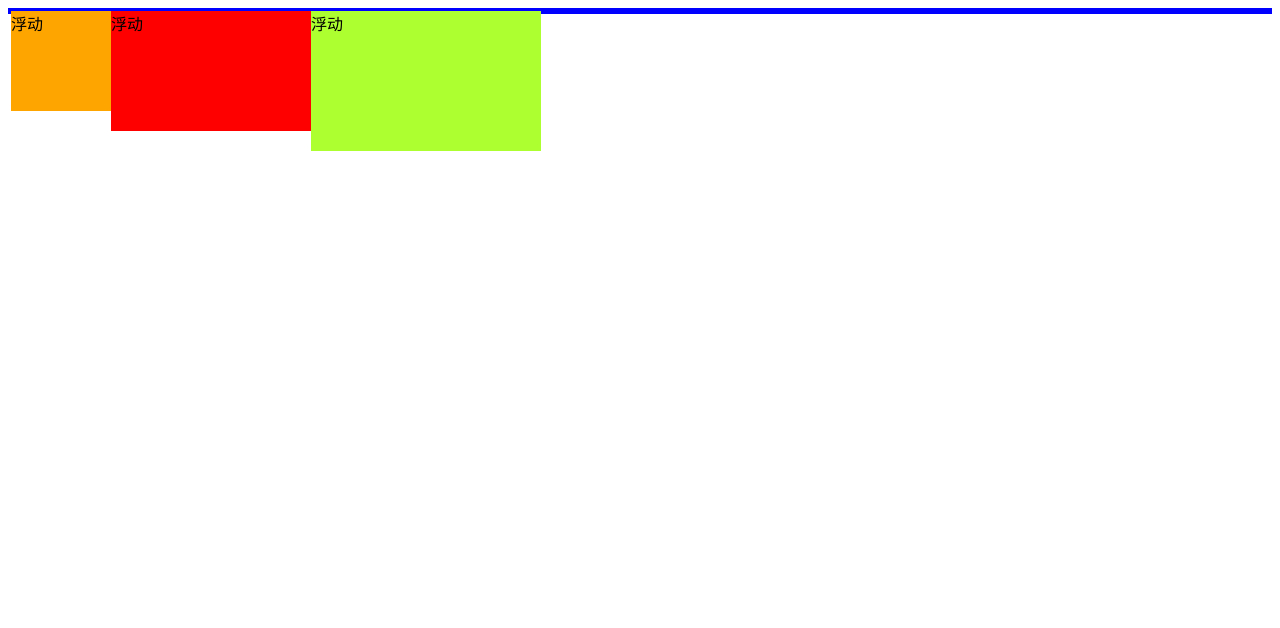
Repository: zhengdeya/web-based
Page: 37-清除浮动/03-清除浮动.html
An editor plug-in stored every save of this project. The page is shown before and after the next save, followed by the edit.
The browser window is 1280 px wide. The pictures show the whole page.

Above is the page before, as saved 2021-04-13 10:50:27.

### 37-清除浮动/03-清除浮动.html
<!DOCTYPE html>
<html lang="en">

<head>
    <meta charset="UTF-8">
    <meta http-equiv="X-UA-Compatible" content="IE=edge">
    <meta name="viewport" content="width=device-width, initial-scale=1.0">
    <title>清除浮动</title>
    <style>
        .fatherbox {
            border: 3px solid blue;
            margin: 0 auto;
        }

        .box1 {
            width: 100px;
            height: 100px;
            background-color: orange;
        }

        .box2 {
            width: 200px;
            height: 120px;
            background-color: red;
        }

        .box3 {
            width: 230px;
            height: 140px;
            background-color: greenyellow;
        }

        .fudong {
            float: left;
        }
    </style>
</head>

<body>
    <div class="fatherbox">
        <div class="box1 fudong">浮动</div>
        <div class="box2 fudong">浮动</div>
        <div class="box3 fudong">浮动</div>
    </div>
</body>

</html>

After the next save:
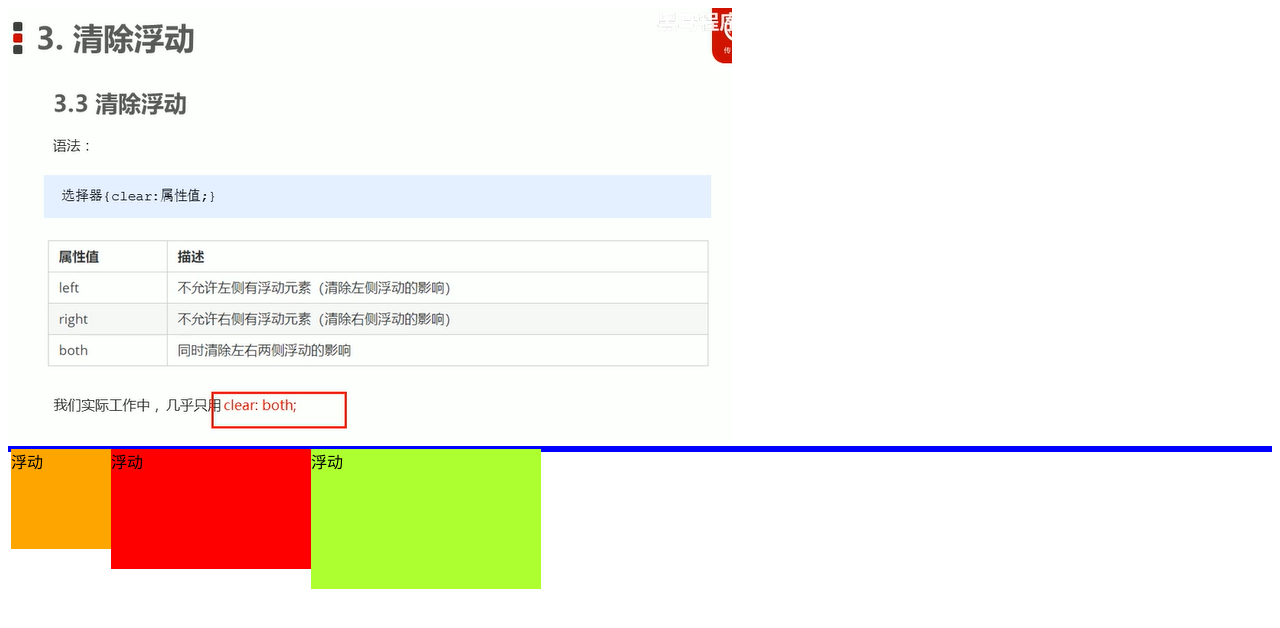
Saved 112 s later.
--- a/37-清除浮动/03-清除浮动.html
+++ b/37-清除浮动/03-清除浮动.html
@@ -37,6 +37,9 @@
 </head>
 
 <body>
+    <div class="info">
+        <img src="../imgs/清除浮动.png" alt="">
+    </div>
     <div class="fatherbox">
         <div class="box1 fudong">浮动</div>
         <div class="box2 fudong">浮动</div>
